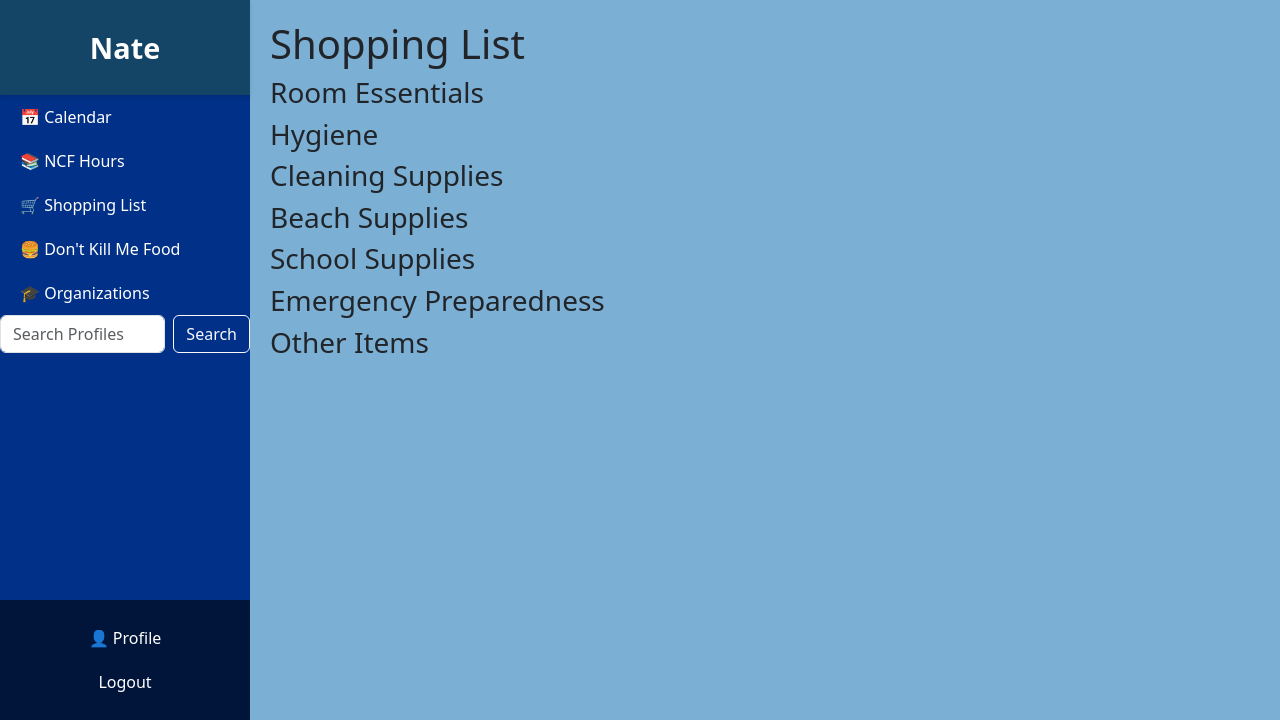
Repository: NateClarkTech/SoftwareEngineeringProject2
Page: http://localhost/shoppinglist/
The author's editor kept a copy of each file at every save. The page is drawn from the files as they stood at one save, then again after the next save.
The browser window is 1280 px wide. The pictures show the whole page.
The page is served by the project's application, run on Django 5.2 (manage.py). The first stored user is signed in. Other server files are loaded and not shown. The page reads the database file committed with the project.

Above is the page before, as saved 2024-03-10 19:05:19.

### ShoppingList/templates/shoppinglist.html
{% extends 'base.html' %}

{% block title %}Shopping List{% endblock %}

{% block extendHeader %}
<style>
    .item-box {
        border: 1px solid #ccc;
        padding: 10px;
        margin-bottom: 10px;
        background-color: white; /* Added this line */
    }
</style>
{% endblock %}

{% block content %}
<div>
    {% if user.is_authenticated %}
    <h1>Shopping List</h1>
    {% for category in itemCategories %}
        <h3>{{ category }}</h3>
        {% for item in shoppingItems %}
            {% if item.category == category %}
                <div class="item-box d-flex justify-content-between text-center">
                    <label for="item-{{ item.id }}">{{ item.name }}</label>
                    <a href="{{ item.url }}" target="_blank">External Link</a>
                    <input type="checkbox" id="item-{{ item.id }}" {% if item.checked %}checked{% endif %}>
                </div>
            {% endif %}
        {% endfor %}
    {% endfor %}
    {% else %}
    <p>You are not logged in</p>
    {% endif %}
</div>
{% endblock %}

### NovoTaskNinja/templates/base.html
{% load static %}

<html lang="en" dir="ltr">
<head>
    <meta charset="UTF-8">
    <!-- block title is to allow each page to have it's own title -->
    <title>{% block title %}{% endblock %}</title>
    <meta name="viewport" content="width=device-width, initial-scale=1.0">
    <link href="https://cdn.jsdelivr.net/npm/bootstrap@5.3.2/dist/css/bootstrap.min.css" rel="stylesheet" integrity="sha384-T3c6CoIi6uLrA9TneNEoa7RxnatzjcDSCmG1MXxSR1GAsXEV/Dwwykc2MPK8M2HN" crossorigin="anonymous">
    <link rel="stylesheet" href="{% static 'css/base/base.css' %}">
    <script src="https://cdn.jsdelivr.net/npm/bootstrap@5.3.2/dist/js/bootstrap.bundle.min.js" integrity="sha384-C6RzsynM9kWDrMNeT87bh95OGNyZPhcTNXj1NW7RuBCsyN/o0jlpcV8Qyq46cDfL" crossorigin="anonymous"></script>

    <!-- block extendHeader is so pages that extend from base.html can have custom links and scripts included in the header -->
    {% block extendHeader %}{% endblock %}
    <style>
        @media (max-width: 992px) {
            .navbar-brand img {
                transform: scale(1.5); /* just make the images bigger */
            }

            .navbar-brand img:hover {
                transform: scale(2); /* Larger on hover */
            }
        }
        :root {
            --navbar-bg-color: #343a40; /* Dark gray, you can change it to your school's primary color */
            --navbar-text-color: #ffffff; /* White text color */
            --navbar-hover-bg-color: #495057; /* Slightly lighter gray for hover state */
            --account-section-bg-color: #23272b; /* Even darker shade for account section */
            --link-color: #007bff; /* Default link color, change as needed */
        }


        </style>
</head>
<body>
    <div class="body-cont">
        {% include 'navbar.html' %}

        <!-- Insert Child template contents here -->
        <div id="content" name="content" class="main">
            {% block content %}
            {% endblock %}
        </div>

    </div>
</body>
</html>

### ShoppingList/models.py
from django.db import models
from django.contrib.auth.models import User

class ShoppingListCategory(models.Model):
    name = models.CharField(max_length=200)

    def __str__(self):
        return self.name

class ShoppingListItem(models.Model):
    user = models.ForeignKey(User, on_delete=models.CASCADE)
    name = models.CharField(max_length=200)
    category = models.ForeignKey(ShoppingListCategory, on_delete=models.CASCADE)
    url = models.URLField(max_length=200)
    checked = models.BooleanField(default=False)

    def __str__(self):
        return self.user.username + " - " + self.name

### ShoppingList/views.py
from django.shortcuts import render
from .models import ShoppingListItem, ShoppingListCategory

# Create your views here.
def shoppinglist(request):
    shoppingItems = ShoppingListItem.objects.filter(user=request.user)
    itemCategories = ShoppingListCategory.objects.all

    return render(request, 'shoppinglist.html', {'shoppingItems': shoppingItems, 'itemCategories': itemCategories})

### SEProject2/urls.py
"""
URL configuration for SEProject1 project.

The `urlpatterns` list routes URLs to views. For more information please see:
    https://docs.djangoproject.com/en/5.0/topics/http/urls/
Examples:
Function views
    1. Add an import:  from my_app import views
    2. Add a URL to urlpatterns:  path('', views.home, name='home')
Class-based views
    1. Add an import:  from other_app.views import Home
    2. Add a URL to urlpatterns:  path('', Home.as_view(), name='home')
Including another URLconf
    1. Import the include() function: from django.urls import include, path
    2. Add a URL to urlpatterns:  path('blog/', include('blog.urls'))
"""
from django.contrib import admin
from django.conf import settings
from django.urls import path, include
from django.conf.urls.static import static


urlpatterns = [
    path('admin/', admin.site.urls),
    path('leaderboard/', include('Leaderboard.urls')),
    path('admin/', admin.site.urls),
    path('profile/', include('Profile.urls'), name='profile'),
    path('shoppinglist/', include('ShoppingList.urls')),
    path('', include('NovoTaskNinja.urls')),
] + static(settings.MEDIA_URL, document_root=settings.MEDIA_ROOT)

### Leaderboard/urls.py
from django.urls import path
from . import views
#https://www.reddit.com/r/django/comments/13hknj7/my_project_doesnt_recognize_the_urls_from_one_of/
urlpatterns = [
    path('', views.checklist, name='checklist'),
    path('checklist/', views.checklist, name='checklist'),
    path('update_checklist/', views.update_checklist, name='update_checklist'),
    path('reset-tasks', views.reset_tasks),
    path('leaderboard/', views.leaderboard_view, name='leaderboard'),

]

### Profile/urls.py

from django.urls import path
from . import views
from django.conf import settings
from django.conf.urls.static import static
from django.contrib.auth import views as auth_views
# Got a lot of help from herehttps://www.reddit.com/r/django/comments/hfh1qc/namespace_is_not_a_registered_namespace/
# https://forum.djangoproject.com/t/django-urls-exceptions-noreversematch-is-not-a-registered-namespace/1876/2
#https://forum.djangoproject.com/t/redirect-to-a-different-app/9086
# And GPT helped me fix everything

app_name = 'Profile'

urlpatterns = [

    path('profile/', views.profile, name='profile'),  # For the logged-in user's profile
    path('profile/<str:username>/', views.public_profile, name='public_profile'),  # For viewing other users' profiles
    path('search/', views.search_profiles, name='search_profiles'),

        # Login/logout stuff
    path('login/', auth_views.LoginView.as_view(template_name='registration/login.html'), name='login'),
    path('logout/', views.logout_view, name='logout'),
    path('register/', views.register, name='register'),


] + static(settings.MEDIA_URL, document_root=settings.MEDIA_ROOT)

### ShoppingList/urls.py
from django.urls import path
from . import views
from django.conf import settings
from django.conf.urls.static import static
from django.contrib.auth import views as auth_views

urlpatterns = [
    path('', views.shoppinglist, name='shoppinglist')

]

### NovoTaskNinja/urls.py
from django.urls import path
from . import views
from django.conf import settings
from django.conf.urls.static import static
from django.contrib.auth import views as auth_views

urlpatterns = [

    # Backend-Heavy Pages
    path('dontkillmefood/', views.dontkillmefood, name='dontkillmefood'),

    # Frontend-Heavy Pages
    path('calendar', views.calendar, name='calendar'),
    path('ncfhours/', views.ncfhours, name='ncfhours'),
    path('', views.home, name='home'),


] + static(settings.MEDIA_URL, document_root=settings.MEDIA_ROOT)

### static/css/base/base.css
body {
    background-color: #7BAFD4;
    margin: 5px 10px;
}

.body-cont {
    width: 100%;
    display: flex;
    min-height: calc(100vh - 10px);
}

.nav-section {
    background: rgb(174, 174, 243);
    padding: 20px 5px;
    display: flex;
    flex-direction: column;
    gap: 10px;
    max-width: 300px;
}

@media (min-height: 650px) and (min-width: 800px) {
    .nav-section {
        font-size: 1.8rem;
        font-weight: bold;
        padding: 40px 15px;
    }
}

.time {
    font-size: 2.4rem;
    text-align: center;
    font-weight: bold;
}

.create {
    font-size: 1.2rem;
    text-align: center;
    border-radius: 30px;
    padding: 5px 0px;
}

@media (min-height: 650px) and (min-width: 800px) {
    .create {
        font-size: 1.8rem;
        font-weight: bold;
        padding: 10px 0px;
    }
}

.nav-links {
    flex: 1;
    margin-bottom: -20px;
    border-radius: 20px;
    margin-top: 10px;
    padding: 40px 10px;
    display: flex;
    flex-direction: column;
    gap: 10px;
    font-size: 1.1rem;
}

.nav-links a {
    color: white;
    text-decoration: none;
}

@media (min-height: 650px) and (min-width: 800px) {
    .nav-links {
        font-size: 1.3rem;
        color: white;
    }
    .nav-divider {
        font-size: 1.5rem;
    }
    .nav-links a {
        color: white;
        text-decoration: none;
    }
}

.nav-divider {
    background: #655ddf;
    margin: 0px -10px;
    padding: 3px 10px;
    font-weight: bolder;
    font-size: 1.2rem;
}


.modal-header {
    background-color: #007bff; /* Your primary color */
    color: #ffffff; /* Text color */
}
.modal-title {
    font-weight: bold;
}
.modal-content {
    border-radius: 0.5rem; /* Rounded corners for the modal */
}
.modal-body {
    background-color: #f8f9fa; /* Light background for the modal body */
}
.btn-close {
    /* Custom close button styles if needed */
}
.modal-footer {
    border-top: none; /* Remove default border-top */
}
.btn-outline-success {
    border-color: #007bff; /* Match your theme */
    color: #007bff; /* Match your theme */
}
.btn-outline-success:hover {
    background-color: #007bff; /* Match your theme */
    color: #ffffff; /* Match your theme */
}
/* Ensure links in the modal body match your app's link styles */
.modal-body a {
    color: #007bff; /* Primary color for links */
}
.modal-body a:hover {
    text-decoration: underline; /* Underline on hover for links */
}

### db.sqlite3 (the tables this page reads, as SQL)
CREATE TABLE "ShoppingList_shoppinglistcategory" ("id" integer NOT NULL PRIMARY KEY AUTOINCREMENT, "name" varchar(200) NOT NULL);
INSERT INTO "ShoppingList_shoppinglistcategory" VALUES
(1, 'Room Essentials'),
(2, 'Hygiene'),
(3, 'Cleaning Supplies'),
(4, 'Beach Supplies'),
(5, 'School Supplies'),
(6, 'Emergency Preparedness'),
(7, 'Other Items');

CREATE TABLE "ShoppingList_shoppinglistitem" ("id" integer NOT NULL PRIMARY KEY AUTOINCREMENT, "name" varchar(200) NOT NULL, "url" varchar(200) NOT NULL, "checked" bool NOT NULL, "user_id" integer NOT NULL REFERENCES "auth_user" ("id") DEFERRABLE INITIALLY DEFERRED, "category_id" bigint NOT NULL REFERENCES "ShoppingList_shoppinglistcategory" ("id") DEFERRABLE INITIALLY DEFERRED);
INSERT INTO "ShoppingList_shoppinglistitem" VALUES
(1, 'Twin XL bedding set', 'https://www.amazon.com/s?k=twin+xl+sheet+sets', 0, 3, 1),
(2, 'Pillows', 'https://www.amazon.com/s?k=bed+pillow', 0, 3, 1),
(3, 'Mattress pad', 'https://www.amazon.com/s?k=mattress+pad', 0, 3, 1),
(4, 'Comforter and/or blanket', 'https://www.amazon.com/s?k=comforter', 0, 3, 1),
(5, 'Alarm clock', 'https://www.amazon.com/s?k=alarm+clock', 0, 3, 1),
(6, 'Lamp', 'https://www.amazon.com/s?k=lamp', 0, 3, 1),
(7, 'Trash bin', 'https://www.amazon.com/s?k=trash+bin', 0, 3, 1),
(8, 'Key chain that you would bet $148 on (price of a lost key)', 'https://www.amazon.com/s?k=key+chain', 0, 3, 1),
(9, 'Clothes hangers', 'clothes hangers', 0, 3, 1),
(10, 'Laundry basket', 'https://www.amazon.com/s?k=laundry+basket', 0, 3, 1),
(11, 'Bath Towel', 'https://www.amazon.com/s?kbath+towel', 0, 3, 2),
(12, 'Soap', 'https://www.amazon.com/s?k=soap', 0, 3, 2),
(13, 'Shampoo and Conditioner', 'https://www.amazon.com/s?k=shampoo+and+conditioner', 0, 3, 2),
(14, 'Deodorant', 'https://www.amazon.com/s?k=deodorant', 0, 3, 2),
(15, 'Toothbrush and Toothpaste', 'https://www.amazon.com/s?k=toothbrush+and+toothpaste', 0, 3, 2),
(16, 'Shaving supplies', 'https://www.amazon.com/s?k=shaving+supplies', 0, 3, 2),
(17, 'Toilet Paper', 'https://www.amazon.com/s?k=toilet+paper', 0, 3, 2),
(18, 'Dish Towel', 'https://www.amazon.com/s?k=dish+towel', 0, 3, 3),
(19, 'Dish Soap', 'https://www.amazon.com/s?k=dish+soap', 0, 3, 3),
(20, 'Room Deodorizing Spray', 'https://www.amazon.com/s?k=room+deodorizing+spray', 0, 3, 3),
(21, 'Laundry Soap', 'https://www.amazon.com/s?k=laundry+soap', 0, 3, 3),
(22, 'Disinfectant Wipes', 'https://www.amazon.com/s?k=disinfectant+wipes', 0, 3, 3),
(23, 'Lysol Spray', 'https://www.amazon.com/s?k=lysol+spray', 0, 3, 3),
(24, 'Swimsuit', 'https://www.amazon.com/s?k=swimsuit', 0, 3, 4),
(25, 'Beach Towel', 'https://www.amazon.com/s?k=beach+towel', 0, 3, 4),
(26, 'Sunscreen', 'https://www.amazon.com/s?k=sunscreen', 0, 3, 4),
(27, 'Refillable Water Bottle', 'https://www.amazon.com/s?k=refillable+water+bottle', 0, 3, 4),
(28, 'Personal Computer', 'https://www.amazon.com/s?k=personal+computer', 0, 3, 5),
(29, 'Printer', 'https://www.amazon.com/s?k=printer', 0, 3, 5),
(30, 'Printer Paper', 'https://www.amazon.com/s?k=printer+paper', 0, 3, 5),
(31, 'Ethernet Cable', 'https://www.amazon.com/s?k=ethernet+cable', 0, 3, 5),
(32, 'Flash Drive', 'https://www.amazon.com/s?k=flash+drive', 0, 3, 5),
(33, 'Notebooks', 'https://www.amazon.com/s?k=notebooks', 0, 3, 5),
(34, 'Laptop Lock', 'https://www.amazon.com/s?k=laptop+lock', 0, 3, 5),
(35, 'Office Supplies (Poster Putty, Stapler, Push Pins, Pen/Pencils, Envelopes and Stamps)', 'https://www.amazon.com/s?k=office+supplies', 0, 3, 5),
(36, 'Desk Lamp', 'https://www.amazon.com/s?k=desk+lamp', 0, 3, 5),
(37, 'Power Strip with Surge Protector', 'https://www.amazon.com/s?k=power+strip+with+surge+protector', 0, 3, 5),
(38, 'Multi-port USB Charger', 'https://www.amazon.com/s?k=multi-port+usb+charger', 0, 3, 5),
(39, 'Headset', 'https://www.amazon.com/s?k=headset', 0, 3, 5),
(40, 'Flashlight', 'https://www.amazon.com/s?k=flashlight', 0, 3, 6),
(41, 'Batteries', 'https://www.amazon.com/s?k=batteries', 0, 3, 6),
(42, 'First-aid Kit', 'https://www.amazon.com/s?k=first-aid+kit', 0, 3, 6),
(43, 'Fan', 'https://www.amazon.com/s?k=fan', 0, 3, 7),
(44, 'Umbrella', 'https://www.amazon.com/s?k=umbrella', 0, 3, 7),
(45, 'Ear Plugs', 'https://www.amazon.com/s?k=ear+plugs', 0, 3, 7),
(46, 'Small Sewing Kit', 'https://www.amazon.com/s?k=sewing+kit', 0, 3, 7),
(47, 'Small Tool Kit', 'https://www.amazon.com/s?k=tool+kit', 0, 3, 7),
(48, 'Storage Bins', 'https://www.amazon.com/s?k=storage+bins', 0, 3, 7),
(49, 'Dishes and Utensils', 'https://www.amazon.com/s?k=dishes+and+utensils', 0, 3, 7),
(50, 'Camera', 'https://www.amazon.com/s?k=camera', 0, 3, 7),
(51, 'Can Opener', 'https://www.amazon.com/s?k=can+opener', 0, 3, 7);

CREATE TABLE "auth_user" ("id" integer NOT NULL PRIMARY KEY AUTOINCREMENT, "password" varchar(128) NOT NULL, "last_login" datetime NULL, "is_superuser" bool NOT NULL, "username" varchar(150) NOT NULL UNIQUE, "last_name" varchar(150) NOT NULL, "email" varchar(254) NOT NULL, "is_staff" bool NOT NULL, "is_active" bool NOT NULL, "date_joined" datetime NOT NULL, "first_name" varchar(150) NOT NULL);
INSERT INTO "auth_user" VALUES
(1, 'pbkdf2_sha256$720000$voXDfFPGW35Vj4HBNrXH6O$81VbTivkDmHTHyrO0enerEqBO5Y1jna5vWEizOy2neM=', NULL, 0, 'Nate', '', '', 0, 1, '2024-03-10 17:59:04.381654', ''),
(2, 'pbkdf2_sha256$720000$6xx2oJHi4sTw9UGfKxI1Vr$hTFa86Txj4tm4MMlh+gyYzNVMNkcrilSLcoieOe8rZ0=', '2024-03-10 21:43:33.074535', 1, 'admin', '', '', 1, 1, '2024-03-10 17:59:37.223655', ''),
(3, 'pbkdf2_sha256$720000$CYfsySN9KJ3kKCFa7FcOyu$1SpWWJdIaEb00rFZobW7XtaDRaXiSxJRIjAVbF6ooGU=', '2024-03-10 22:47:02.173734', 0, 'NotNate', '', '', 0, 1, '2024-03-10 21:43:19.463536', '');

Loaded but not shown: NovoTaskNinja/templates/navbar.html (248 lines, source omitted)

After the next save:
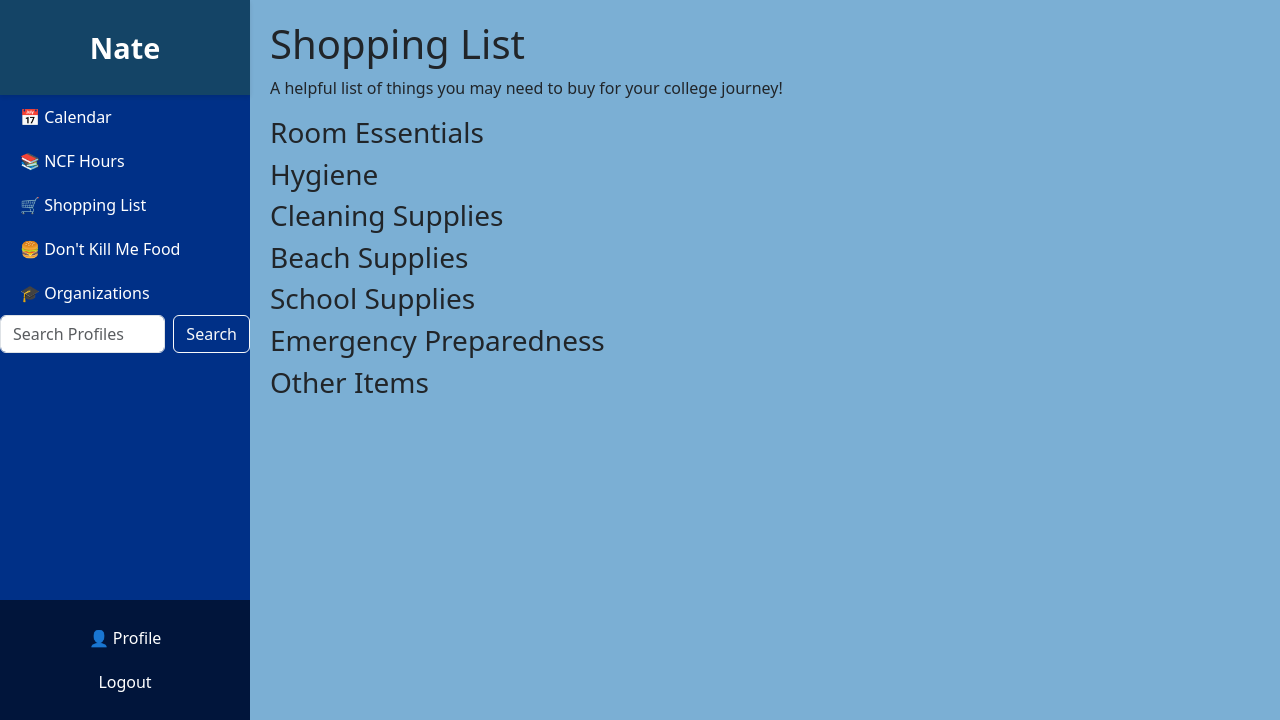
Saved 30 s later.
--- a/ShoppingList/templates/shoppinglist.html
+++ b/ShoppingList/templates/shoppinglist.html
@@ -17,6 +17,7 @@
 <div>
     {% if user.is_authenticated %}
     <h1>Shopping List</h1>
+    <p>A helpful list of things you may need to buy for your college journey!</p>
     {% for category in itemCategories %}
         <h3>{{ category }}</h3>
         {% for item in shoppingItems %}
